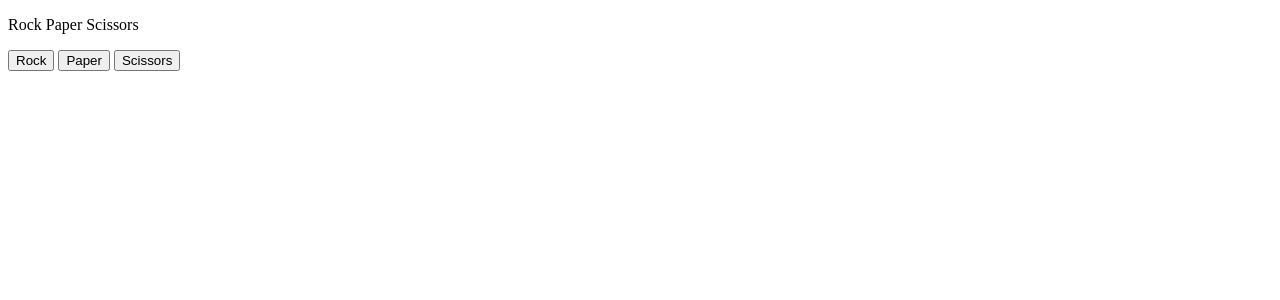
Repository: pgyunknown/Rock_paper_scissors-
Page: index.html
These files come from the project's save history. The page is drawn as it stood at one moment and after the next save; the edit follows.
The browser window is 1280 px wide. The pictures show the whole page.

Above is the page before, as saved 2024-08-19 22:18:21.

After the next save:
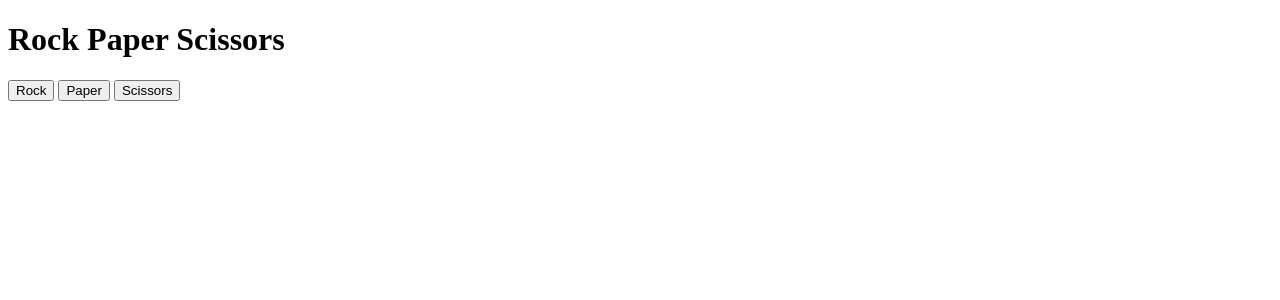
Console error (its wording comes from the project's code and is left out).
Saved 19 s later.
--- a/index.html
+++ b/index.html
@@ -1,91 +1,54 @@
+<!DOCTYPE html>
+<html lang="en">
+<head>
+  <meta charset="UTF-8">
+  <meta name="viewport" content="width=device-width, initial-scale=1.0">
+  <title>Document</title>
+</head>
+<body>
+  <h1>Rock Paper Scissors</h1>
+  <button onclick="const randomNumber=Math.random;
+    if(randomNumber>=0 && randomNumber< 1/3){
+      moveName='Rock';
+    }elseif(randomNumber>= 1/3 && randomNumber< 2/3){
+      moveName='Paper';
+    }else(randomNumber>=2/3 && randomNumber<1){
+      moveName='Scissors';
+    }
+      const result='';
+    if(moveName==="Rock"){
+      result='Tie';
+    }elseif(moveName==="Paper"){
+      result='You lose';
+    }else(moveName==="Scissors"){
+      result="You win";
+    }
 
-<!DOCTYPE html>
-<html>
-  <head>
-    <title>Rock Paper Scissors</title>
-  </head>
-  <body>
-    <p>Rock Paper Scissors</p>
-    <button onclick="
-      const randomNumber = Math.random();
+    alert(`You picked Rock and Computer picked ${moveName}. You ${result}`);
+    ">Rock</button>
+  <button onclick="const randomNumber=Math.random;
+      let moveName='';
+      if(randomNumber>=0 && randomNumber< 1/3){
+      moveName='Rock';
+    }elseif(randomNumber>= 1/3 && randomNumber< 2/3){
+      moveName='Paper';
+    }else(randomNumber>=2/3 && randomNumber<1){
+      moveName='Scissors';
+    }">Paper</button>
+  <button onclick="const randomNumber=Math.random;
+      if(randomNumber>=0 && randomNumber< 1/3){
+      moveName='Rock';
+    }elseif(randomNumber>= 1/3 && randomNumber< 2/3){
+      moveName='Paper';
+    }else(randomNumber>=2/3 && randomNumber<1){
+      moveName='Scissors';
+    }">Scissors</button>
 
-      let computerMove = '';
+  <script>
 
-      if (randomNumber >= 0 && randomNumber < 1 / 3) {
-        computerMove = 'rock';
-      } else if (randomNumber >= 1 / 3 && randomNumber < 2 / 3) {
-        computerMove = 'paper';
-      } else if (randomNumber >= 2 / 3 && randomNumber < 1) {
-        computerMove = 'scissors';
-      }
 
-      let result = '';
 
-      if (computerMove === 'rock') {
-        result = 'Tie.';
-      } else if (computerMove === 'paper') {
-        result = 'You lose.';
-      } else if (computerMove === 'scissors') {
-        result = 'You win.';
-      }
+  </script>
 
-      alert(`You picked rock. Computer picked ${computerMove}. ${result}`);
-    ">Rock</button>
-
-    <button onclick="
-      const randomNumber = Math.random();
-
-      let computerMove = '';
-
-      if (randomNumber >= 0 && randomNumber < 1 / 3) {
-        computerMove = 'rock';
-      } else if (randomNumber >= 1 / 3 && randomNumber < 2 / 3) {
-        computerMove = 'paper';
-      } else if (randomNumber >= 2 / 3 && randomNumber < 1) {
-        computerMove = 'scissors';
-      }
-
-      let result = '';
-
-      if (computerMove === 'rock') {
-        result = 'You win.';
-      } else if (computerMove === 'paper') {
-        result = 'Tie.';
-      } else if (computerMove === 'scissors') {
-        result = 'You lose.';
-      }
-
-      alert(`You picked paper. Computer picked ${computerMove}. ${result}`);
-    ">Paper</button>
-
-    <button onclick="
-      const randomNumber = Math.random();
-
-      let computerMove = '';
-
-      if (randomNumber >= 0 && randomNumber < 1 / 3) {
-        computerMove = 'rock';
-      } else if (randomNumber >= 1 / 3 && randomNumber < 2 / 3) {
-        computerMove = 'paper';
-      } else if (randomNumber >= 2 / 3 && randomNumber < 1) {
-        computerMove = 'scissors';
-      }
-
-      let result = '';
-
-      if (computerMove === 'rock') {
-        result = 'You lose.';
-      } else if (computerMove === 'paper') {
-        result = 'You win.';
-      } else if (computerMove === 'scissors') {
-        result = 'Tie.';
-      }
-
-      alert(`You picked scissors. Computer picked ${computerMove}. ${result}`);
-    ">Scissors</button>
-
-    <script>
-
-    </script>
-  </body>
+</body>
 </html>
